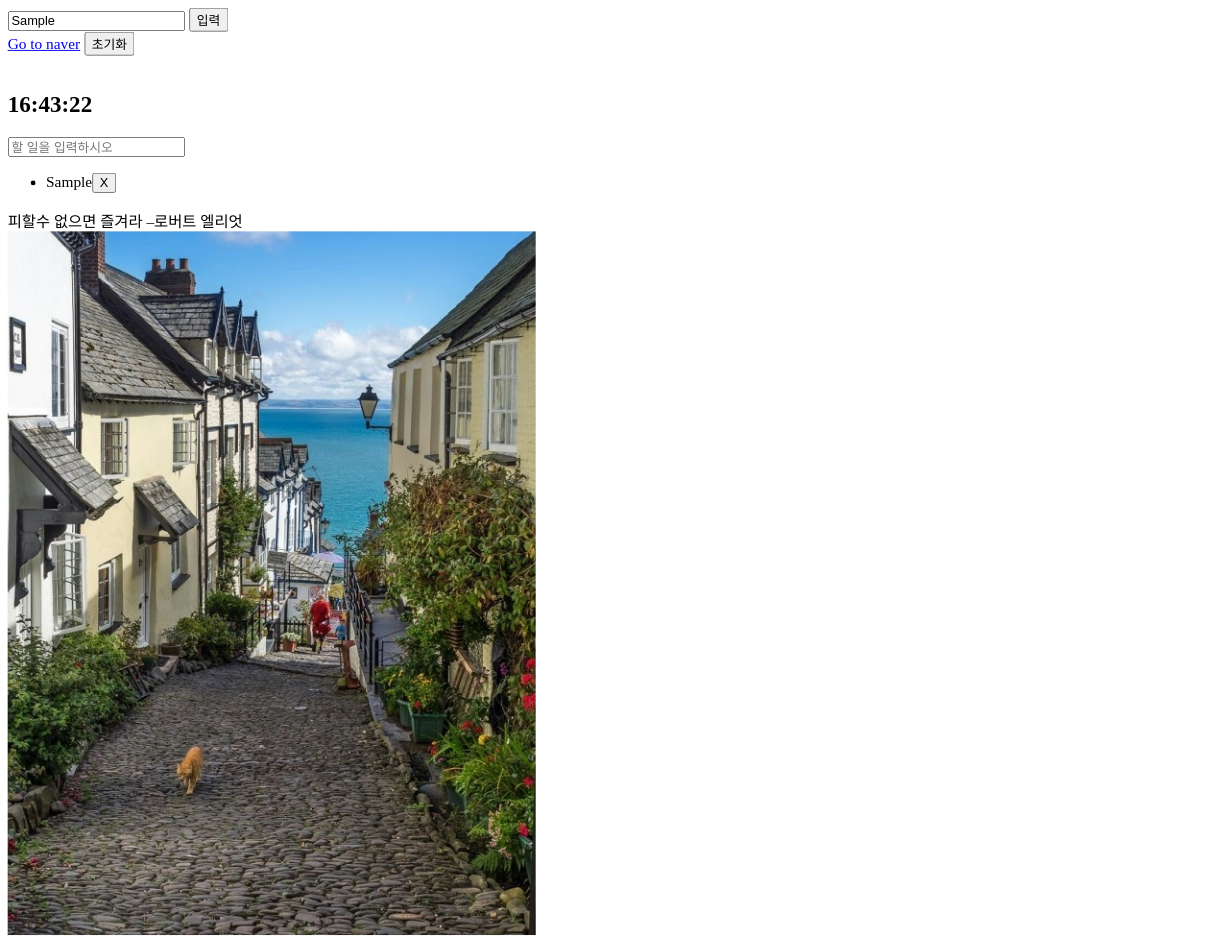
Repository: jun01270/F-E-practice
Page: index.html
An editor plug-in stored every save of this project. The page is shown before and after the next save, followed by the edit.
The browser window is 1280 px wide. The pictures show the whole page, at 96% of full size.
Empty fields were first filled with sample values (such as "Sample", 5 or name@example.com).
After loading, the first visible `#todo-form` was submitted once.

Above is the page before, as saved 2022-12-27 02:44:51.

After the next save:
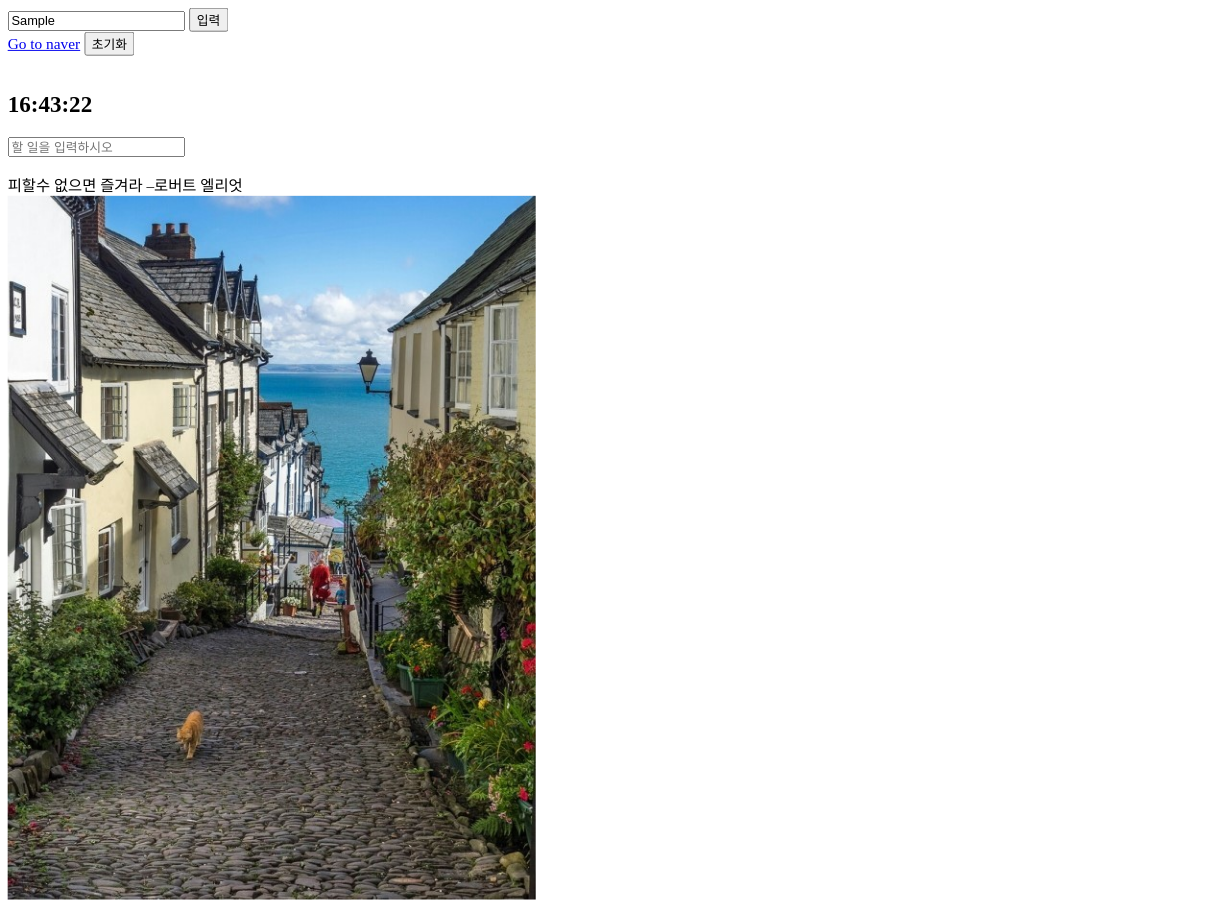
Console error: ReferenceError: Cannot access 'newToDoObj' before initialization
Saved 8 min 14 s later.
--- a/js/todo.js
+++ b/js/todo.js
@@ -37,7 +37,7 @@
   toDoInput.value = "";
   const newToDoObj = {
     text: newToDo,
-    Id: Date.now(),
+    Id: newToDoObj.length,
   };
   toDos.push(newToDoObj);
   paintToDo(newToDoObj);
@@ -51,5 +51,4 @@
   const parseToDo = JSON.parse(getToDo);
   toDos = parseToDo;
   parseToDo.forEach(paintToDo);
-  console.dir(parseToDo);
 }

After the 2 saves that followed:
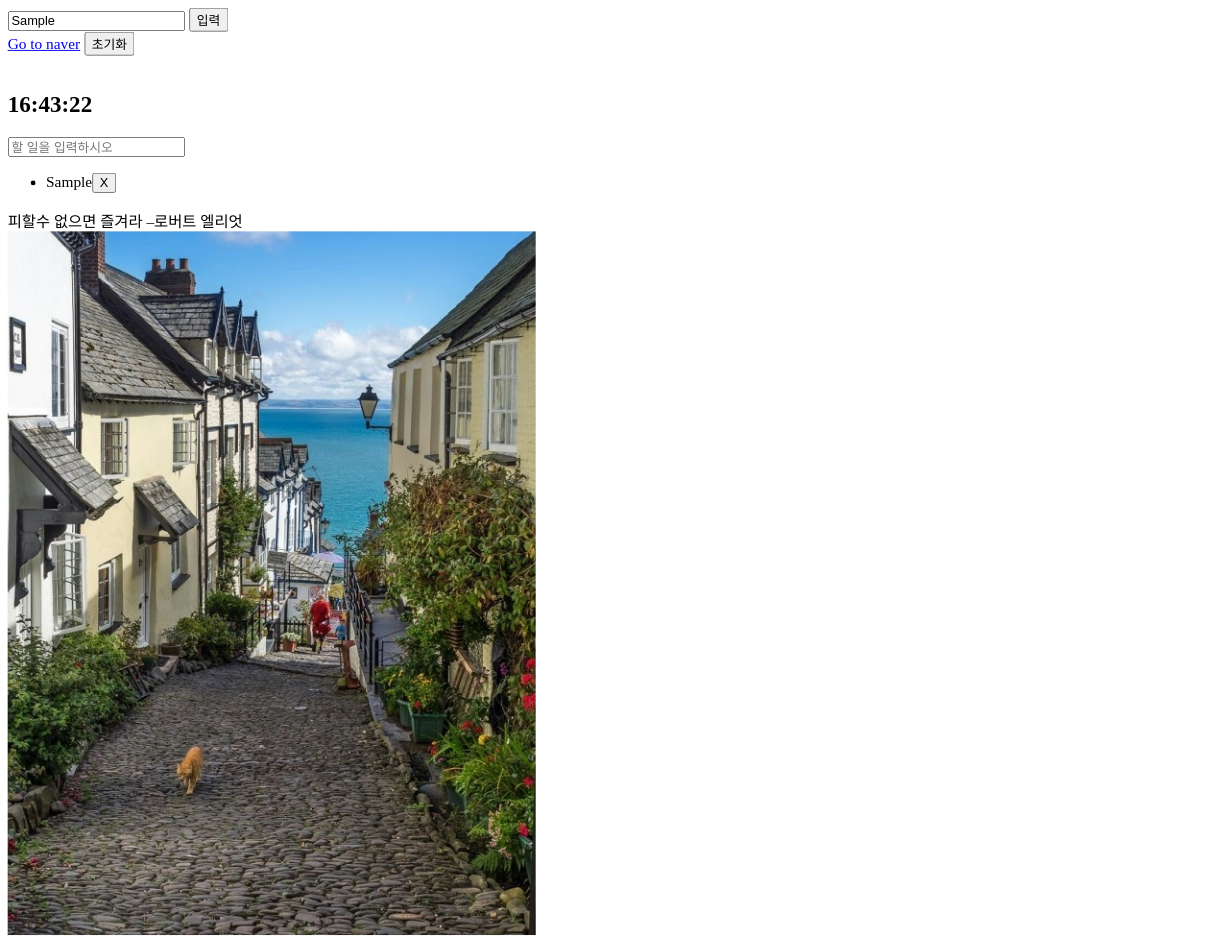
The error is gone.
The 2 saves are shown as one change because 1 left the picture as it was.
The last was saved 44 s later.
--- a/js/todo.js
+++ b/js/todo.js
@@ -27,9 +27,9 @@
   toDoList.appendChild(listOfToDo);
 }
 
-function todoFilter(totoId) {
-  return todoId !== todoId;
-}
+// function todoFilter(totoId) {
+//   return todoId !== todoId;
+// }
 
 function handleToDoSubmit(e) {
   e.preventDefault();
@@ -37,7 +37,7 @@
   toDoInput.value = "";
   const newToDoObj = {
     text: newToDo,
-    Id: newToDoObj.length,
+    Id: Date.now(),
   };
   toDos.push(newToDoObj);
   paintToDo(newToDoObj);
